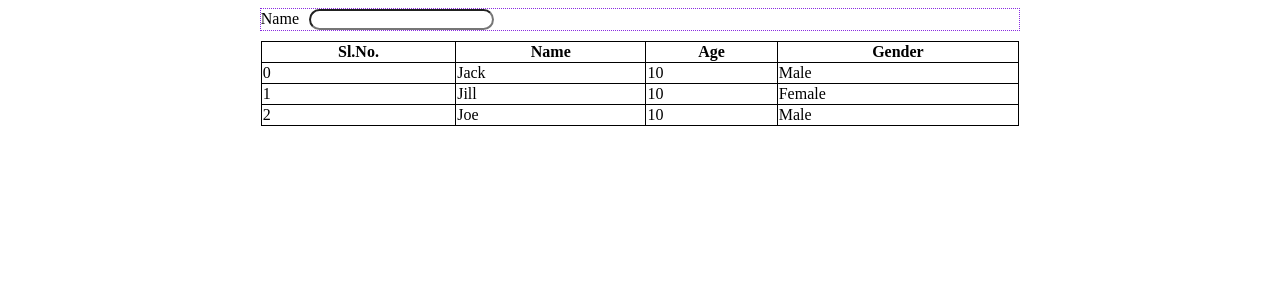
Repository: tysonpaul89/vue-student-crud
Page: /
These files come from the project's save history. The page is drawn as it stood at one moment and after the next save; the edit follows.
The browser window is 1280 px wide. The pictures show the whole page.
The project was rebuilt for these pictures with package versions that can differ from the ones it lists, and the page was loaded fresh each time.

Above is the page before, as saved 2020-04-10 17:24:08.

After the next save:
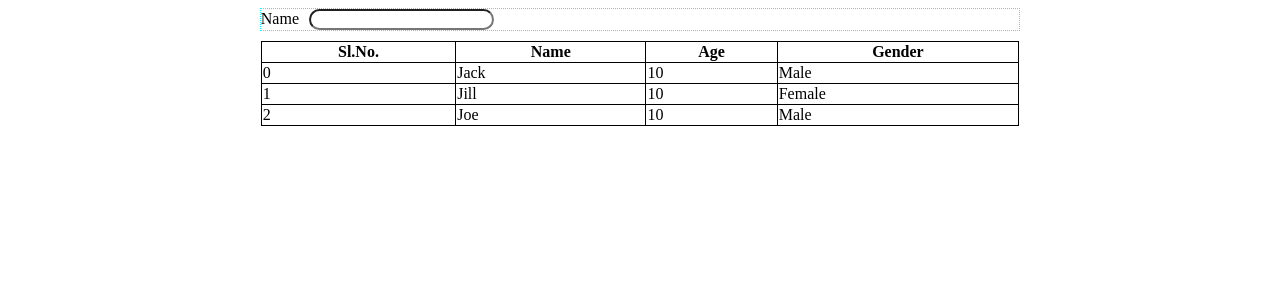
Saved 22 s later.
--- a/src/components/StudentForm.vue
+++ b/src/components/StudentForm.vue
@@ -28,7 +28,7 @@ export default {
     width: 60%;
     margin: 0 auto;
     margin-bottom: 10px;
-    border: 1px dotted blueviolet;
+    border: 1px dotted aqua;
   }
 
   .form-group label, input {
